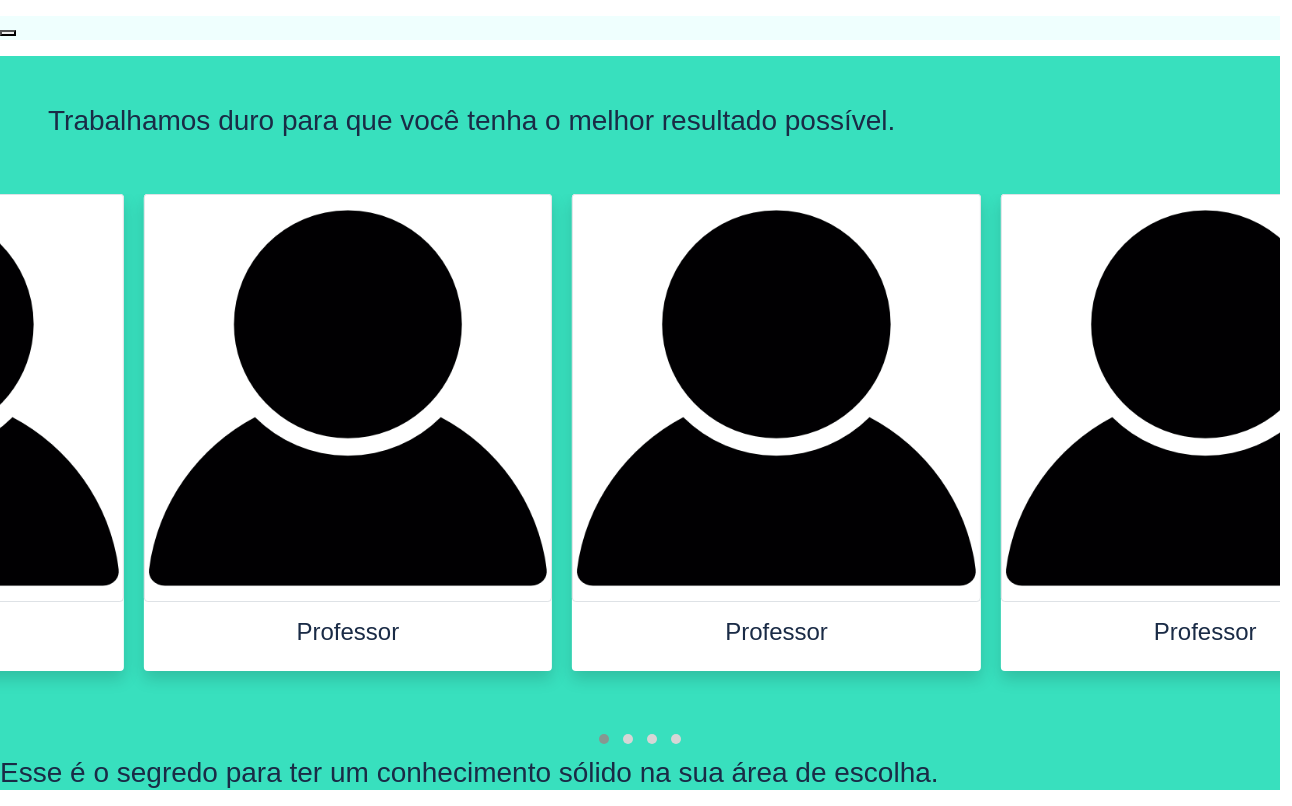
Repository: MarTech-Coders-Planejamento/site-oficial
Page: home.html
The author's editor kept a copy of each file at every save. The page is drawn from the files as they stood at one save, then again after the next save.
The browser window is 1280 px wide. The page is 1292 px wide, so the pictures cover 1292 px, including what lies to the right of the window. The pictures show the whole page.
Some web fonts or font styles are not loaded; a fallback is used.

Above is the page before, as saved 2021-10-22 23:48:49.

### home.html
<!DOCTYPE html>
<html lang="pt-BR">
  <head>
    <meta charset="UTF-8" />
    <meta http-equiv="X-UA-Compatible" content="IE=edge" />
    <meta name="viewport" content="width=device-width, initial-scale=1.0" />
    <!--Fonts Google-->
    <link
      href="https://fonts.googleapis.com/css2?family=Tomorrow:wght@300;400;700&display=swap"
      rel="stylesheet"
    />

    <!-- Bootstrap CSS -->
    <link
      href="https://cdn.jsdelivr.net/npm/bootstrap@5.1.2/dist/css/bootstrap.min.css"
      rel="stylesheet"
      integrity="sha384-uWxY/CJNBR+1zjPWmfnSnVxwRheevXITnMqoEIeG1LJrdI0GlVs/9cVSyPYXdcSF"
      crossorigin="anonymous"
    />

    <!-- Styles -->
    <link rel="stylesheet" href="./css/home.css" />
    <link
      rel="stylesheet"
      href="https://cdnjs.cloudflare.com/ajax/libs/OwlCarousel2/2.3.4/assets/owl.carousel.min.css"
      integrity="sha512-tS3S5qG0BlhnQROyJXvNjeEM4UpMXHrQfTGmbQ1gKmelCxlSEBUaxhRBj/EFTzpbP4RVSrpEikbmdJobCvhE3g=="
      crossorigin="anonymous"
    />
    <link
      rel="stylesheet"
      href="https://cdnjs.cloudflare.com/ajax/libs/OwlCarousel2/2.3.4/assets/owl.theme.default.min.css"
      integrity="sha512-sMXtMNL1zRzolHYKEujM2AqCLUR9F2C4/05cdbxjjLSRvMQIciEPCQZo++nk7go3BtSuK9kfa/s+a4f4i5pLkw=="
      crossorigin="anonymous"
    />

    <title>Home</title>
  </head>
  <body>
    <div class="container-fluid">
      <!--cabeçalho fluido-->
      <header>
        <nav></nav>
      </header>
      <main>
        <section class="bg-one">
          <!--dobra1-->
          <article>
            <header></header>
            <h1></h1>
            <p></p>
            <figure></figure>
            <button></button>
          </article>
        </section>
        <section class="bg-two">
          <!--dobra2-->
          <article>
            <h2></h2>
            <p></p>
            <figure></figure>
          </article>
        </section>
        <section class="bg-one">
          <!--dobra3-->
          <article>
            <header></header>
            <p></p>
            <figure></figure>
          </article>
        </section>
        <section class="bg-two">
          <!--dobra4-->
          <p class='h3 p-5'>
            Trabalhamos duro para que você tenha o melhor resultado possível.
          </p>
          <div class="row justify-content-center">
            <div id='slider-container' class="col-12">
              <div class="owl-carousel owl-theme">
                <div class="item mb-4">
                  <div class="card border-0 shadow">
                    <img src="/image/person.png" alt="" class="card-img-top img-thumbnail" />
                    <div class="card-body">
                      <div class="card-title text-center">
                        <h4>Professor</h4>
                      </div>
                    </div>
                  </div>
                </div>

                <div class="item">
                  <div class="card border-0 shadow">
                    <img src="/image/person.png" alt="" class="card-img-top img-thumbnail" />
                    <div class="card-body">
                      <div class="card-title text-center">
                        <h4>Professor</h4>
                      </div>
                    </div>
                  </div>
                </div>
                <div class="item">
                  <div class="card border-0 shadow">
                    <img src="/image/person.png" alt="" class="card-img-top img-thumbnail" />
                    <div class="card-body">
                      <div class="card-title text-center">
                        <h4>Professor</h4>
                      </div>
                    </div>
                  </div>
                </div>
                <div class="item">
                  <div class="card border-0 shadow">
                    <img src="/image/person.png" alt="" class="card-img-top img-thumbnail" />
                    <div class="card-body">
                      <div class="card-title text-center">
                        <h4>Professor</h4>
                      </div>
                    </div>
                  </div>
                </div>
                <div class="item">
                  <div class="card border-0 shadow">
                    <img src="/image/person.png" alt="" class="card-img-top img-thumbnail" />
                    <div class="card-body">
                      <div class="card-title text-center">
                        <h4>Professor</h4>
                      </div>
                    </div>
                  </div>
                </div>
                <div class="item">
                  <div class="card border-0 shadow">
                    <img src="/image/person.png" alt="" class="card-img-top img-thumbnail" />
                    <div class="card-body">
                      <div class="card-title text-center">
                        <h4>Professor</h4>
                      </div>
                    </div>
                  </div>
                </div>
                <div class="item">
                  <div class="card border-0 shadow">
                    <img src="/image/person.png" alt="" class="card-img-top img-thumbnail" />
                    <div class="card-body">
                      <div class="card-title text-center">
                        <h4>Professor</h4>
                      </div>
                    </div>
                  </div>
                </div>
                <div class="item">
                  <div class="card border-0 shadow">
                    <img src="/image/person.png" alt="" class="card-img-top img-thumbnail" />
                    <div class="card-body">
                      <div class="card-title text-center">
                        <h4>Professor</h4>
                      </div>
                    </div>
                  </div>
                </div>
                <div class="item">
                  <div class="card border-0 shadow">
                    <img src="/image/person.png" alt="" class="card-img-top img-thumbnail" />
                    <div class="card-body">
                      <div class="card-title text-center">
                        <h4>Professor</h4>
                      </div>
                    </div>
                  </div>
                </div>
                <div class="item">
                  <div class="card border-0 shadow">
                    <img src="/image/person.png" alt="" class="card-img-top img-thumbnail" />
                    <div class="card-body">
                      <div class="card-title text-center">
                        <h4>Professor</h4>
                      </div>
                    </div>
                  </div>
                </div>
                <div class="item">
                  <div class="card border-0 shadow">
                    <img src="/image/person.png" alt="" class="card-img-top img-thumbnail" />
                    <div class="card-body">
                      <div class="card-title text-center">
                        <h4>Professor</h4>
                      </div>
                    </div>
                  </div>
                </div>
                <div class="item">
                  <div class="card border-0 shadow">
                    <img src="/image/person.png" alt="" class="card-img-top img-thumbnail" />
                    <div class="card-body">
                      <div class="card-title text-center">
                        <h4>Professor</h4>
                      </div>
                    </div>
                  </div>
                </div>
              </div>
            </div>
          </div>
          <p class='h3'>
            Esse é o segredo para ter um conhecimento sólido na sua área de
            escolha.
          </p>
        </section>
      </main>

      <footer class="bg-one">
        <!--footer-->
        <article></article>
        <p></p>
      </footer>
    </div>

    <!-- Owl Carousel -->

    <script src="https://cdnjs.cloudflare.com/ajax/libs/jquery/3.6.0/jquery.min.js"></script>

    <!-- Bootstrap Bundle javascript -->
    <script
      src="https://cdn.jsdelivr.net/npm/bootstrap@5.1.2/dist/js/bootstrap.bundle.min.js"
      integrity="sha384-kQtW33rZJAHjgefvhyyzcGF3C5TFyBQBA13V1RKPf4uH+bwyzQxZ6CmMZHmNBEfJ"
      crossorigin="anonymous"
    ></script>

    <!-- Owl Carousel -->

    <script
      src="https://cdnjs.cloudflare.com/ajax/libs/OwlCarousel2/2.3.4/owl.carousel.min.js"
      integrity="sha512-bPs7Ae6pVvhOSiIcyUClR7/q2OAsRiovw4vAkX+zJbw3ShAeeqezq50RIIcIURq7Oa20rW2n2q+fyXBNcU9lrw=="
      crossorigin="anonymous"
    ></script>

    <!-- Slider -->

    <script>
      $(".owl-carousel").owlCarousel({
        loop: true,
        autoplay: true,
        stagePadding: 7,
        margin: 20,
        animateOut: "fadeOut",
        animateIn: "fadeIn",
        nav: true,
        autoplayHoverPause: true,
        navText: [
          "<span class='fa fa-chevron-left'</span>",
          "<span class='fa fa-chevron-right'</span>"
        ],
        responsive: {
          0: {
            items: 1,
            nav:false
          },
          600: {
            items: 2,
            nav:false,
          },
          1000: {
            items: 3,
            nav: true,
            loop: false
          },
        },
      });
    </script>
  </body>
</html>

### css/home.css
:root {
  --bg: #effffe;
  --bg2: #38e0be;
  --texto: #1a2b46;
}
* {
  font-family: "Tomorrow", sans-serif;
}

.container-fluid {
  padding-right: 0;
  padding-left: 0;
  margin-right: auto;
  margin-left: auto;
}

.bg-one {
  background-color: var(--bg);
  color: var(--texto);
}
.bg-two {
  background-color: var(--bg2);
  color: var(--texto);
}

.owl-stage{
  padding: 0;
}

After the next save:
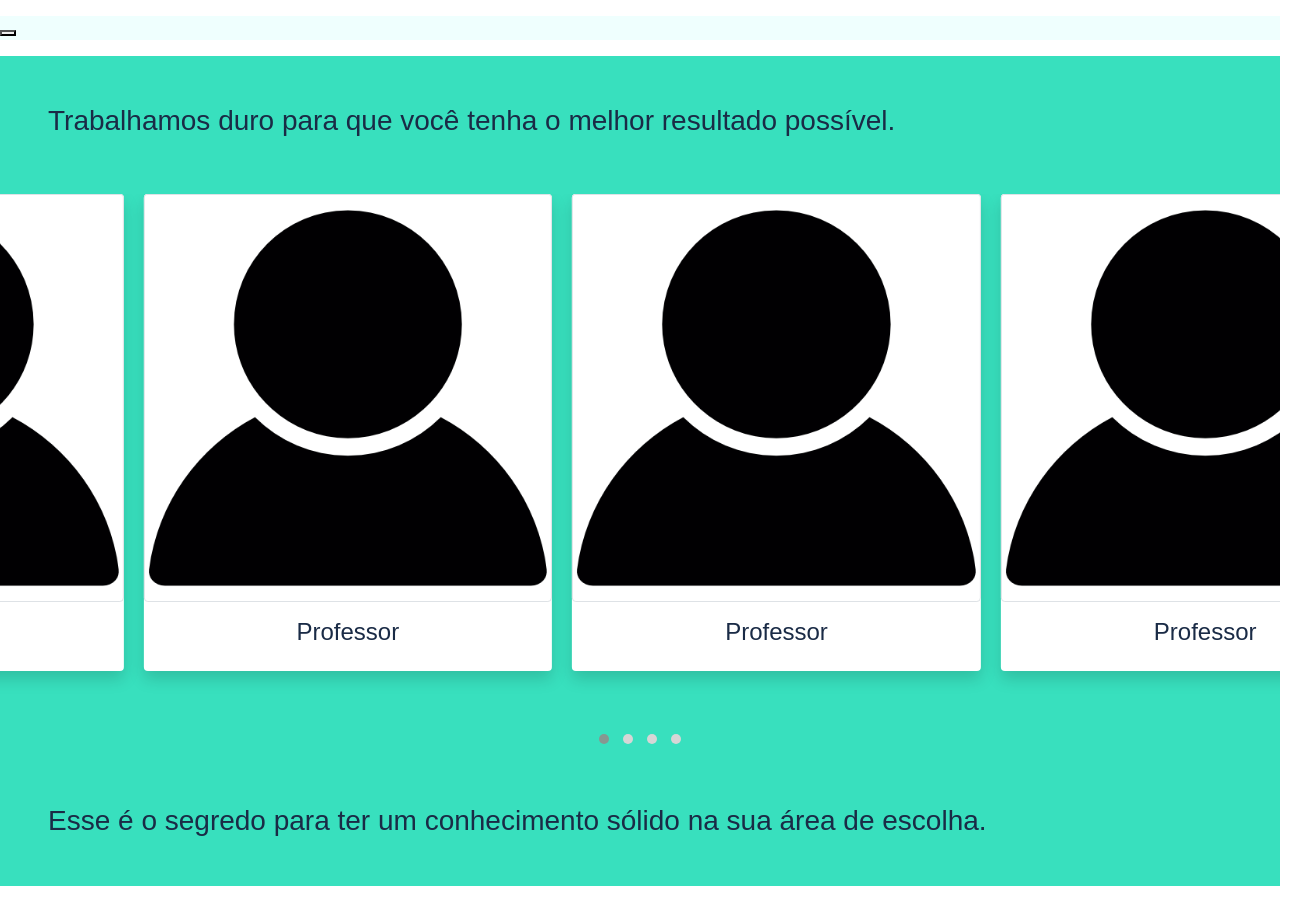
Saved 25 s later.
--- a/home.html
+++ b/home.html
@@ -70,7 +70,7 @@
         </section>
         <section class="bg-two">
           <!--dobra4-->
-          <p class='h3 p-5'>
+          <p class='h3 p-5 '>
             Trabalhamos duro para que você tenha o melhor resultado possível.
           </p>
           <div class="row justify-content-center">
@@ -200,7 +200,7 @@
               </div>
             </div>
           </div>
-          <p class='h3'>
+          <p class='h3 p-5 '>
             Esse é o segredo para ter um conhecimento sólido na sua área de
             escolha.
           </p>
